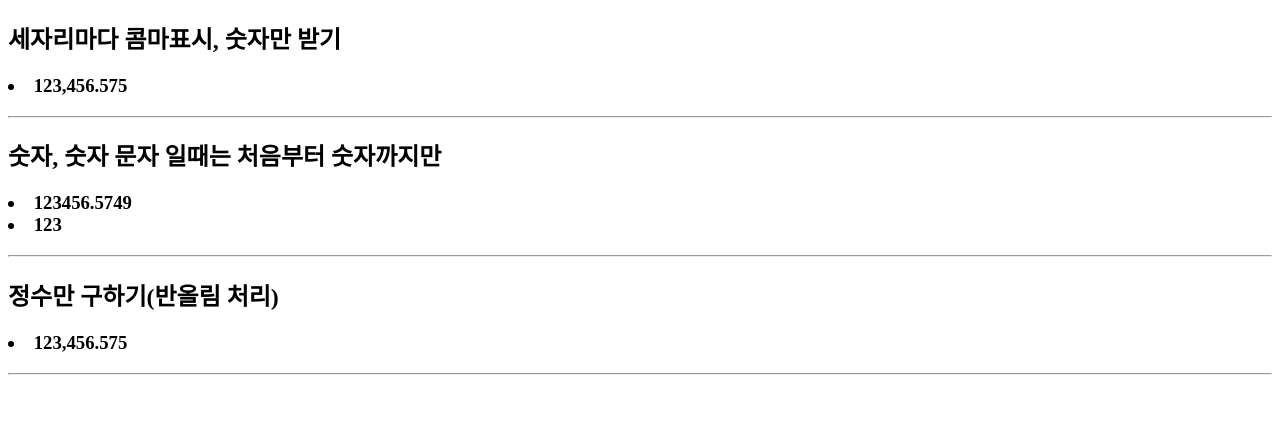
Repository: hagjun/jspstudy
Page: http://localhost/01_servlet/jsp/ex10_jstl.jsp
An editor plug-in stored every save of this project. The page is shown before and after the next save, followed by the edit.
The browser window is 1280 px wide. The pictures show the whole page.
The page is served by Tomcat 9.

Above is the page before, as saved 2024-03-07 03:54:43.

After the next save:
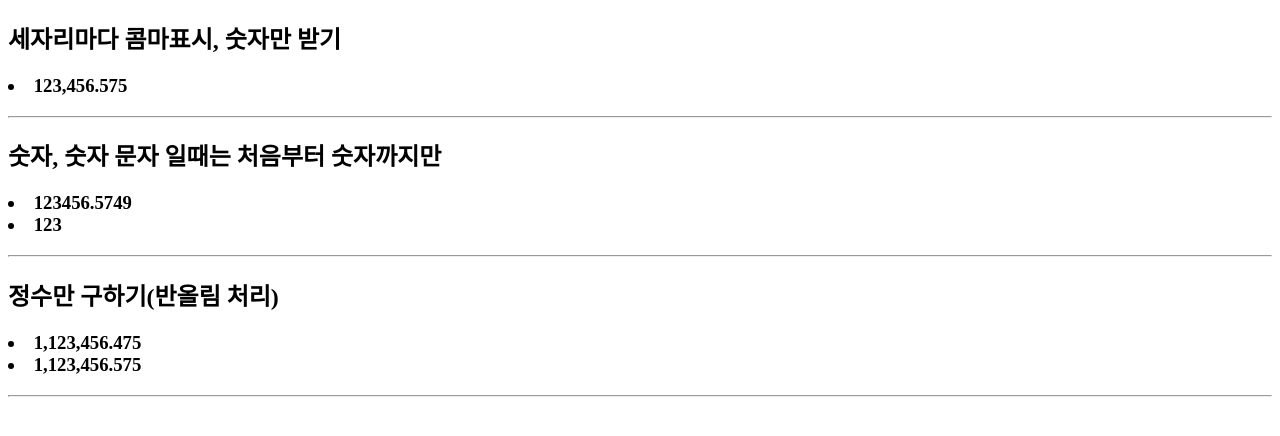
Saved 34 s later.
--- a/01_servlet/src/main/webapp/jsp/ex10_jstl.jsp
+++ b/01_servlet/src/main/webapp/jsp/ex10_jstl.jsp
@@ -27,9 +27,9 @@
 
 	<h2>정수만 구하기(반올림 처리)</h2>
 	<h3>
-		<li><fmt:formatNumber value="123456.5749" /></li>
-		<%-- <li><fmt:formatNumber value="aaa123456.5749"></fmt:formatNumber></li> --%>
-		<%-- <li><fmt:formatNumber value="123456.a5749"></fmt:formatNumber></li> --%>
+		<li><fmt:formatNumber value="1123456.4749" /></li>
+		<li><fmt:formatNumber value="1123456.5749" /></li>
+
 	</h3>
 	<hr>
 </body>
